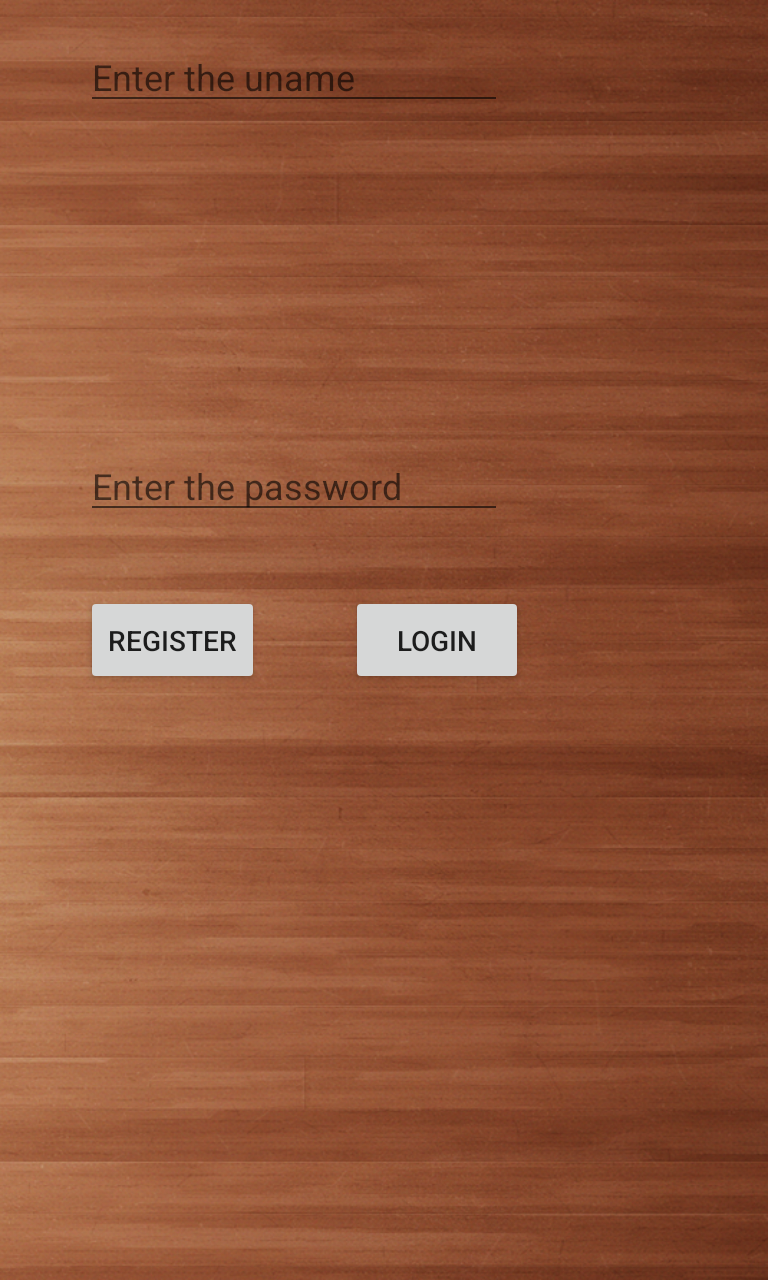
Repository: vipinvkamara/layouts
Layout: RegistrationForm/res/layout/activity_login.xml
An editor plug-in stored every save of this project. The layout is shown before and after the next save, followed by the edit.
It is drawn on a 768 x 1280 px phone screen (xhdpi) without system bars, with theme AppTheme; the app's code is not run.

Above is the layout before, as saved 2014-12-16 23:54:09.

### RegistrationForm/res/layout/activity_login.xml
<RelativeLayout xmlns:android="http://schemas.android.com/apk/res/android"
    xmlns:tools="http://schemas.android.com/tools"
    android:layout_width="match_parent"
    android:layout_height="match_parent"
    android:background="@drawable/ic_woo"
    android:paddingBottom="@dimen/activity_vertical_margin"
    android:paddingTop="@dimen/activity_vertical_margin"
    tools:context="com.example.registrationform.MainActivity" >

    <Button
        android:id="@+id/button2"
        android:layout_width="wrap_content"
        android:layout_height="wrap_content"
        android:layout_alignBaseline="@+id/button1"
        android:layout_alignBottom="@+id/button1"
        android:layout_marginLeft="44dp"
        android:layout_toRightOf="@+id/button1"
        android:onClick="loginButtonClicked"
        android:text="LOGIN" />

    <Button
        android:id="@+id/button1"
        android:layout_width="wrap_content"
        android:layout_height="wrap_content"
        android:layout_alignParentLeft="true"
        android:layout_centerVertical="true"
        android:layout_marginLeft="42dp"
        android:onClick="onRegister"
        android:text="REGISTER" />

    <EditText
        android:id="@+id/txtuser"
        android:layout_width="wrap_content"
        android:layout_height="wrap_content"
        android:layout_above="@+id/editText1"
        android:layout_alignLeft="@+id/button1"
        android:layout_marginBottom="28dp"
        android:ems="10"
        android:hint="Enter the uname"
        android:textColor="#ff00ff" />

    <EditText
        android:id="@+id/txtpasword"
        android:layout_width="wrap_content"
        android:layout_height="wrap_content"
        android:hint="Enter the password"
        android:layout_above="@+id/button2"
        android:layout_alignLeft="@+id/button1"
        android:layout_marginBottom="34dp"
        android:ems="10"
        android:textColor="#ff00ff" />

</RelativeLayout>

Loaded but not shown: RegistrationForm/res/values/styles.xml (common file); RegistrationForm/res/values-v11/styles.xml (common file); RegistrationForm/res/values-v14/styles.xml (common file); RegistrationForm/res/values/dimens.xml (common file)

After the next save:
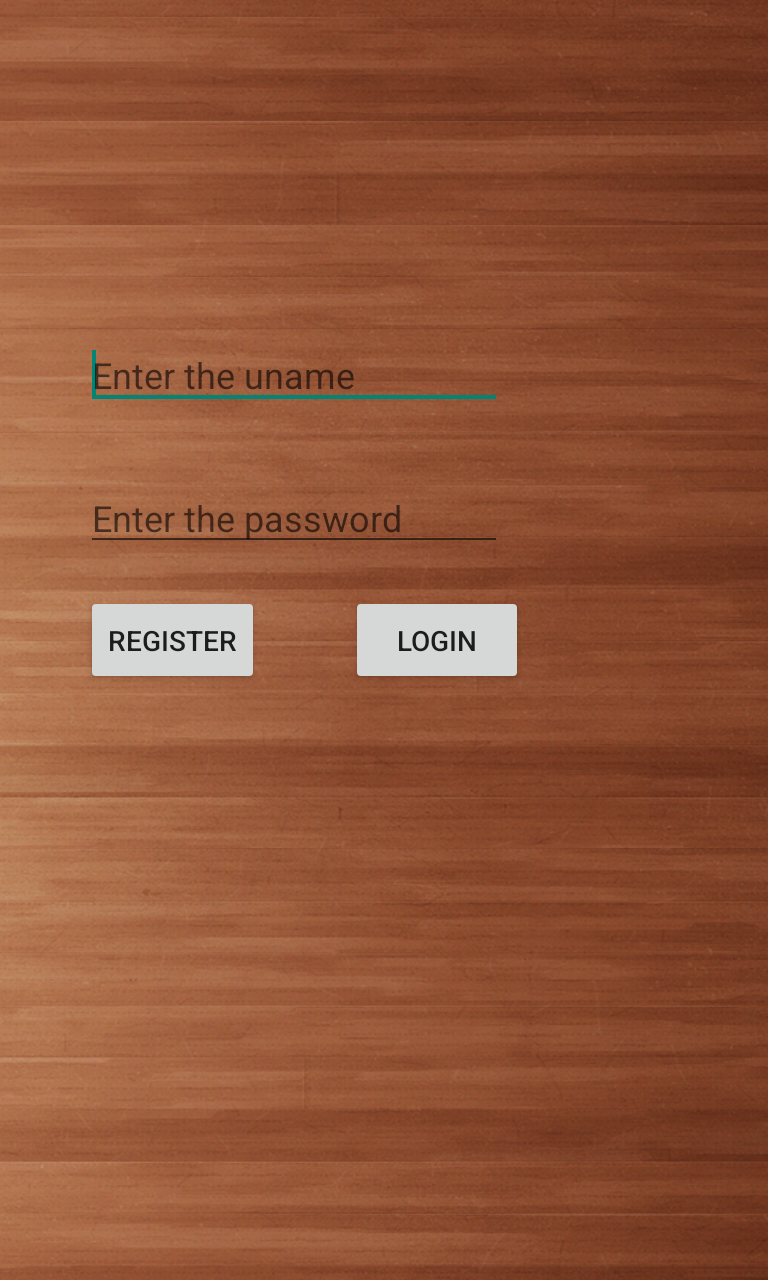
Saved 2 min 48 s later.
--- a/RegistrationForm/res/layout/activity_login.xml
+++ b/RegistrationForm/res/layout/activity_login.xml
@@ -32,22 +32,25 @@
         android:id="@+id/txtuser"
         android:layout_width="wrap_content"
         android:layout_height="wrap_content"
-        android:layout_above="@+id/editText1"
-        android:layout_alignLeft="@+id/button1"
-        android:layout_marginBottom="28dp"
+        android:layout_above="@+id/txtpasword"
+        android:layout_alignLeft="@+id/txtpasword"
+        android:layout_marginBottom="30dp"
         android:ems="10"
         android:hint="Enter the uname"
-        android:textColor="#ff00ff" />
+        android:textColor="#ff00ff" >
+
+        <requestFocus />
+    </EditText>
 
     <EditText
         android:id="@+id/txtpasword"
         android:layout_width="wrap_content"
         android:layout_height="wrap_content"
-        android:hint="Enter the password"
         android:layout_above="@+id/button2"
         android:layout_alignLeft="@+id/button1"
-        android:layout_marginBottom="34dp"
+        android:layout_marginBottom="18dp"
         android:ems="10"
+        android:hint="Enter the password"
         android:textColor="#ff00ff" />
 
 </RelativeLayout>
